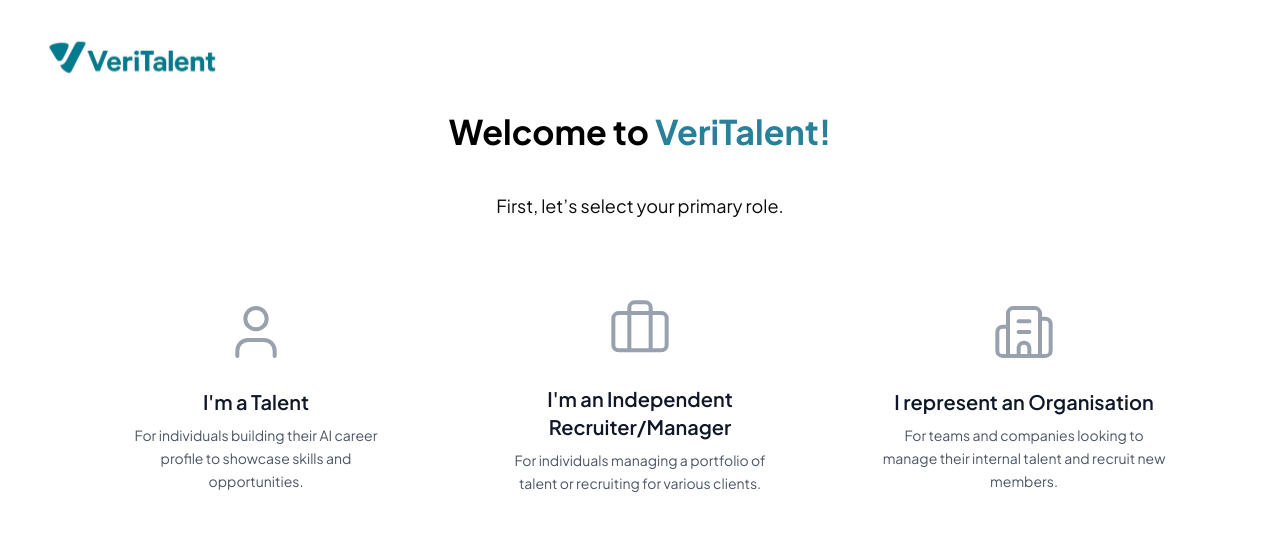
Repository: VeriTalent-Organization/VeriTalent
Page: /
These files come from the project's save history. The page is drawn as it stood at one moment and after a run of saves; the edit follows.
The browser window is 1280 px wide. The pictures show the whole page.
The project was rebuilt for these pictures with package versions that can differ from the ones it lists, and the page was loaded fresh each time. The framework's server and built-in components were replaced by stand-ins that run in the browser. Also part of the build but not shown: next.config.ts.

Above is the page before, as saved 2025-12-05 17:36:50.

### app/layout.tsx
import type { Metadata } from "next";
import { Plus_Jakarta_Sans } from "next/font/google";
import "./globals.css";


export const metadata: Metadata = {
  title: {
    default: "VeriTalent - AI-Powered Talent Screening & Verified Career Profiles",
    template: "%s | VeriTalent",
  },
  description:
    "VeriTalent helps employers hire faster, reduce bias, and select the right candidates with intelligent screening and AI-driven insights. Empower talents to showcase verified career profiles enriched with actionable growth intelligence.",
  keywords: "talent screening, AI hiring, reduce bias recruiting, verified profiles, career growth intelligence, employer tools",
  authors: [{ name: "VeriTalent" }],
  openGraph: {
    title: "VeriTalent - Intelligent Hiring & Talent Empowerment",
    description:
      "Hire faster with AI insights and empower talents with verified profiles.",
    type: "website",
    locale: "en_US",
    siteName: "VeriTalent",
  },
  twitter: {
    card: "summary_large_image",
    title: "VeriTalent",
    description:
      "AI-driven hiring and verified talent profiles for faster, fairer recruitment.",
  },
  robots: {
    index: true,
    follow: true,
  },
};

const plus_jarkata_sans = Plus_Jakarta_Sans(
  {
    weight:['200',"300","400","500","600","700","800"],
    style: "normal",
    subsets:["latin"]
  }
)

export default function RootLayout({
  children,
}: Readonly<{
  children: React.ReactNode;
}>) {
  return (
    <html lang="en">
      <head>
        {/* Essential for mobile responsiveness (SEO ranking factor) */}
        <meta name="viewport" content="width=device-width, initial-scale=1" />

        {/* Favicon (add your own files) */}
        <link rel="icon" href="/favicon.ico" />
        <link rel="apple-touch-icon" href="/apple-touch-icon.png" />

        {/* Optional: Canonical URL to avoid duplicates */}
        <link rel="canonical" href="https://www.veritalent.com" />
      </head>
      <body
        className={`${plus_jarkata_sans.className} antialiased`}
        suppressHydrationWarning // Optional: Suppresses warnings from font loading
      >
        {/* Optional accessibility enhancement: Skip link (improves keyboard navigation & indirect SEO) */}
        <a href="#main-content" className="sr-only focus:not-sr-only">
          Skip to main content
        </a>

        {children}

        {/* If you have a main content wrapper in pages, id="main-content" there */}
      </body>
    </html>
  );
}

### app/page.tsx
'use client'
import UserTypeCard from '@/components/reuseables/cards/user_type_card'
import MaxWidthContainer from '@/components/reuseables/max_width_container'
import { Text } from '@/components/reuseables/text'
import Icons from '@/lib/configs/icons.config'
import { Briefcase, Building2, User } from 'lucide-react'
import Image from 'next/image'
import React, { useState } from 'react'

const Home = () => {
  const [selectedType, setSelectedType] = useState<string | null>(null);
  return (
    <MaxWidthContainer large >
      <div className='flex items-center py-6'>
        <Image height={200} width={200} alt='veritalent logo' src={Icons.veritalentLogo}/>
      </div>
      <div className='flex items-center justify-center flex-col gap-12'>
        <Text as='h1' variant='Heading'>Welcome to <span className='text-brand-primary'>VeriTalent!</span></Text>
        <Text as='h3' variant='SubText'>First, let’s select your primary role.</Text>
        <div className="grid grid-cols-1 md:grid-cols-3 gap-8 max-w-6xl mx-auto px-4">
      <UserTypeCard
        icon={<User size={64} strokeWidth={1.5} />}
        title="I'm a Talent"
        description="For individuals building their AI career profile to showcase skills and opportunities."
        selected={selectedType === 'talent'}
        onClick={() => setSelectedType('talent')}
      />

      <UserTypeCard
        icon={<Briefcase size={64} strokeWidth={1.5} />}
        title="I'm an Independent Recruiter/Manager"
        description="For individuals managing a portfolio of talent or recruiting for various clients."
        selected={selectedType === 'recruiter'}
        onClick={() => setSelectedType('recruiter')}
      />

      <UserTypeCard
        icon={<Building2 size={64} strokeWidth={1.5} />}
        title="I represent an Organisation"
        description="For teams and companies looking to manage their internal talent and recruit new members."
        selected={selectedType === 'organization'}
        onClick={() => setSelectedType('organization')}
      />
    </div>
      </div>
    </MaxWidthContainer>
  )
}

export default Home

### app/globals.css
@import "tailwindcss";
@import "tw-animate-css";

@custom-variant dark (&:is(.dark *));

@theme {
  --color-brand-primary: #28809A;
  --color-gray-shade: #D9D9D9; /* Removed alpha; use /opacity modifiers instead */
  --color-green-shade: #DCFCE7;
  --color-ink-blue: #2563EB;
  --color-alert-red: #C22929;
  --color-shade-green: #0D9488;
  --color-sky-blue: #E6EDFF;
  --color-weird-orange: #EFBF04;
}

@theme inline {
  --color-background: var(--background);
  --color-foreground: var(--foreground);
  --font-sans: var(--font-geist-sans);
  --font-mono: var(--font-geist-mono);
  --color-sidebar-ring: var(--sidebar-ring);
  --color-sidebar-border: var(--sidebar-border);
  --color-sidebar-accent-foreground: var(--sidebar-accent-foreground);
  --color-sidebar-accent: var(--sidebar-accent);
  --color-sidebar-primary-foreground: var(--sidebar-primary-foreground);
  --color-sidebar-primary: var(--sidebar-primary);
  --color-sidebar-foreground: var(--sidebar-foreground);
  --color-sidebar: var(--sidebar);
  --color-chart-5: var(--chart-5);
  --color-chart-4: var(--chart-4);
  --color-chart-3: var(--chart-3);
  --color-chart-2: var(--chart-2);
  --color-chart-1: var(--chart-1);
  --color-ring: var(--ring);
  --color-input: var(--input);
  --color-border: var(--border);
  --color-destructive: var(--destructive);
  --color-accent-foreground: var(--accent-foreground);
  --color-accent: var(--accent);
  --color-muted-foreground: var(--muted-foreground);
  --color-muted: var(--muted);
  --color-secondary-foreground: var(--secondary-foreground);
  --color-secondary: var(--secondary);
  --color-primary-foreground: var(--primary-foreground);
  --color-primary: var(--primary);
  --color-popover-foreground: var(--popover-foreground);
  --color-popover: var(--popover);
  --color-card-foreground: var(--card-foreground);
  --color-card: var(--card);
  --radius-sm: calc(var(--radius) - 4px);
  --radius-md: calc(var(--radius) - 2px);
  --radius-lg: var(--radius);
  --radius-xl: calc(var(--radius) + 4px);
}

:root {
  --radius: 0.625rem;
  --background: oklch(1 0 0);
  --foreground: oklch(0.145 0 0);
  --card: oklch(1 0 0);
  --card-foreground: oklch(0.145 0 0);
  --popover: oklch(1 0 0);
  --popover-foreground: oklch(0.145 0 0);
  --primary: oklch(0.205 0 0);
  --primary-foreground: oklch(0.985 0 0);
  --secondary: oklch(0.97 0 0);
  --secondary-foreground: oklch(0.205 0 0);
  --muted: oklch(0.97 0 0);
  --muted-foreground: oklch(0.556 0 0);
  --accent: oklch(0.97 0 0);
  --accent-foreground: oklch(0.205 0 0);
  --destructive: oklch(0.577 0.245 27.325);
  --border: oklch(0.922 0 0);
  --input: oklch(0.922 0 0);
  --ring: oklch(0.708 0 0);
  --chart-1: oklch(0.646 0.222 41.116);
  --chart-2: oklch(0.6 0.118 184.704);
  --chart-3: oklch(0.398 0.07 227.392);
  --chart-4: oklch(0.828 0.189 84.429);
  --chart-5: oklch(0.769 0.188 70.08);
  --sidebar: oklch(0.985 0 0);
  --sidebar-foreground: oklch(0.145 0 0);
  --sidebar-primary: oklch(0.205 0 0);
  --sidebar-primary-foreground: oklch(0.985 0 0);
  --sidebar-accent: oklch(0.97 0 0);
  --sidebar-accent-foreground: oklch(0.205 0 0);
  --sidebar-border: oklch(0.922 0 0);
  --sidebar-ring: oklch(0.708 0 0);
}

.dark {
  --background: oklch(0.145 0 0);
  --foreground: oklch(0.985 0 0);
  --card: oklch(0.205 0 0);
  --card-foreground: oklch(0.985 0 0);
  --popover: oklch(0.205 0 0);
  --popover-foreground: oklch(0.985 0 0);
  --primary: oklch(0.922 0 0);
  --primary-foreground: oklch(0.205 0 0);
  --secondary: oklch(0.269 0 0);
  --secondary-foreground: oklch(0.985 0 0);
  --muted: oklch(0.269 0 0);
  --muted-foreground: oklch(0.708 0 0);
  --accent: oklch(0.269 0 0);
  --accent-foreground: oklch(0.985 0 0);
  --destructive: oklch(0.704 0.191 22.216);
  --border: oklch(1 0 0 / 10%);
  --input: oklch(1 0 0 / 15%);
  --ring: oklch(0.556 0 0);
  --chart-1: oklch(0.488 0.243 264.376);
  --chart-2: oklch(0.696 0.17 162.48);
  --chart-3: oklch(0.769 0.188 70.08);
  --chart-4: oklch(0.627 0.265 303.9);
  --chart-5: oklch(0.645 0.246 16.439);
  --sidebar: oklch(0.205 0 0);
  --sidebar-foreground: oklch(0.985 0 0);
  --sidebar-primary: oklch(0.488 0.243 264.376);
  --sidebar-primary-foreground: oklch(0.985 0 0);
  --sidebar-accent: oklch(0.269 0 0);
  --sidebar-accent-foreground: oklch(0.985 0 0);
  --sidebar-border: oklch(1 0 0 / 10%);
  --sidebar-ring: oklch(0.556 0 0);
}

@layer base {
  * {
    @apply border-border outline-ring/50;
  }
  body {
    @apply bg-background text-foreground;
  }
}

### components/reuseables/cards/user_type_card.tsx
// components/UserTypeCard.tsx
import React from 'react';
import { cn } from '@/lib/utils'; // Optional: if you have a cn utility (common with shadcn)

interface UserTypeCardProps {
  title: string;
  description: string;
  icon: React.ReactNode;
  selected?: boolean;
  onClick?: () => void;
  className?: string;
}

const UserTypeCard: React.FC<UserTypeCardProps> = ({
  title,
  description,
  icon,
  selected = false,
  onClick,
  className,
}) => {
  return (
    <div
      onClick={onClick}
      className={cn(
        'relative flex flex-col items-center justify-center p-8 bg-white rounded-2xl border-2 border-transparent cursor-pointer transition-all duration-300 hover:shadow-lg hover:-translate-y-1',
        selected &&
          'border-brand-primary ring-4 ring-primary/20 bg-primary/5', // Highlight when selected
        className
      )}
    >
      {/* Optional: small circle indicator in top-left (like your screenshot) */}
      {selected && (
        <div className="absolute top-3 left-3 w-6 h-6 bg-brand-primary rounded-full border-4 border-white" />
      )}

      {/* Icon with primary tint when selected */}
      <div
        className={cn(
          'mb-6 text-gray-400',
          selected && 'text-primary'
        )}
      >
        {icon}
      </div>

      <h3 className="text-xl font-semibold text-gray-900 text-center mb-2">
        {title}
      </h3>

      <p className="text-sm text-gray-600 text-center leading-relaxed">
        {description}
      </p>
    </div>
  );
};

export default UserTypeCard;

### components/reuseables/max_width_container.tsx
import React from 'react';
import { cn } from '@/lib/utils';


type MaxWidthContainerProps = {
  children: React.ReactNode;
  className?: string;
  /** Optional: control padding on small screens */
  paddingX?: 'px-4' | 'px-6' | 'px-8' | 'none';
  /** Optional: larger max-width for dashboards or full-width sections */
  large?: boolean;
};

const MaxWidthContainer: React.FC<MaxWidthContainerProps> = ({
  children,
  className,
  paddingX = 'px-4',
  large = false,
}) => {
  return (
    <div
      className={cn(
        'mx-auto w-full',
        paddingX === 'none' ? '' : `${paddingX} sm:${paddingX.replace('px-', 'px-')} md:px-8`,
        large ? 'max-w-7xl' : 'max-w-5xl', // 1280px or 1024px
        className
      )}
    >
      {children}
    </div>
  );
};

export default MaxWidthContainer;

### components/reuseables/text.tsx
import { TextConfigurations } from "@/lib/configs/text-configs";

type TextVariant = keyof typeof TextConfigurations;

interface TextProps {
  variant?: TextVariant;
  children: React.ReactNode;
  className?: string;
  color?: string;
  as?: "h1" | "h2" | "h3" | "h4" | "h5" | "h6" | "p" | "span" | "div";
  style?: React.CSSProperties;
}

// Reusable Text Component
export const Text: React.FC<TextProps> = ({
  variant = "RegularText",
  children,
  className = "",
  color,
  as: Component = "p",
  style = {},
}) => {
  const config = TextConfigurations[variant];

  // Determine the color to use
  const textColor =
    color || (config.color === "dynamic" ? undefined : config.color);

  // Build the style object
  const combinedStyle: React.CSSProperties = {
    fontSize: `${config.fontSize}px`,
    lineHeight: config.lineHeight,
    color: textColor,
    ...style,
  };

  // Combine class names
  const combinedClassName = `${config.fontWeight} ${className}`.trim();

  return (
    <Component style={combinedStyle} className={combinedClassName}>
      {children}
    </Component>
  );
};

### lib/configs/icons.config.ts
export class Icons {
  // Person & Profile Icons
  static famiconsPersonOutline = '/famicons_person-outline.svg';
  static ggProfile = '/gg_profile.svg';

  // File & Document Icons
  static file = '/file.svg';
  static ggFileDocument = '/gg_file-document.svg';

  // Social Media Icons
  static flatColorIconsGoogle = '/flat-color-icons_google.svg';
  static skillIconsLinkedin = '/skill-icons_linkedin.svg';

  // UI Icons
  static globe = '/globe.svg';
  static group = '/Group.png';
  static icRoundPostAdd = '/ic_round-post-add.svg';
  static veritalentLogo = '/veritalent.svg';

  // Message & Communication Icons
  static jamMessages = '/jam_messages.png';
  static jamMessagesAlt = '/jam_messages.svg';
  static jamWorld = '/jam_world.png';

  // Dashboard & Layout Icons
  static mageDashboard = '/mage_dashboard.svg';
  static logosMicrosoftIcon = '/logos_microsoft-icon.svg';

  // Upload & Cloud Icons
  static meteorIconsUploadCloud = '/meteor-icons_upload-cloud.svg';

  // Security Icons
  static solarLockPasswordLinear = '/solar_lock-password-linear.svg';
}

// Export for convenient access
export default Icons;

### lib/configs/text-configs.ts
export const TextConfigurations = {
    Heading: {
        fontSize: 34,
        fontWeight:'font-bold',
        lineHeight:'100%',
        color:'#000000'
    },
    SubHeadings:{
          fontSize: 22,
        fontWeight:'font-bold',
        lineHeight:'100%',
        color:'#000000'
    },
    SubText:{
        fontSize:18.05,
        fontWeight:'font-[400]',
        lineHeight:'100%',
        color:'#000000/70'
    },
    RegularText:{
        fontSize:20.45,
        fontWeight:'font-semibold',
        lineHeight: '100%',
        color:'dynamic'
    }
}

Loaded but not shown: lib/utils.ts (common file)

After the next 2 saves:
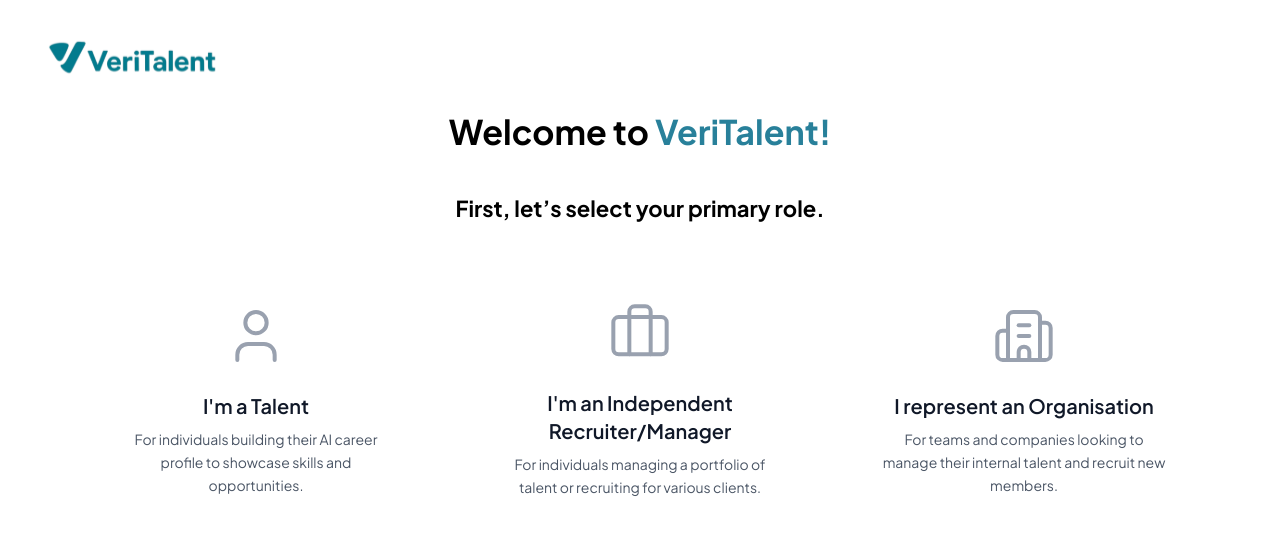
The 2 saves are shown as one change because 1 did not build or start.
The last was saved 19 s later.
--- a/app/page.tsx
+++ b/app/page.tsx
@@ -16,7 +16,7 @@
       </div>
       <div className='flex items-center justify-center flex-col gap-12'>
         <Text as='h1' variant='Heading'>Welcome to <span className='text-brand-primary'>VeriTalent!</span></Text>
-        <Text as='h3' variant='SubText'>First, let’s select your primary role.</Text>
+        <Text as='h3' variant='SubHeadings'>First, let’s select your primary role.</Text>
         <div className="grid grid-cols-1 md:grid-cols-3 gap-8 max-w-6xl mx-auto px-4">
       <UserTypeCard
         icon={<User size={64} strokeWidth={1.5} />}

After the save that followed:
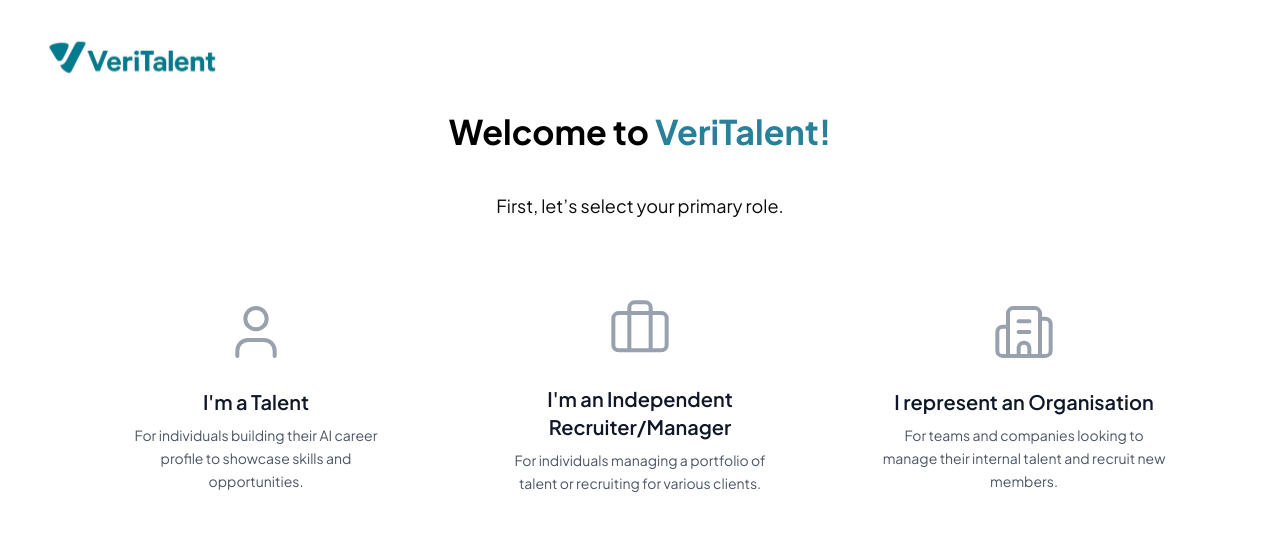
Saved 15 s later.
--- a/app/page.tsx
+++ b/app/page.tsx
@@ -16,7 +16,7 @@
       </div>
       <div className='flex items-center justify-center flex-col gap-12'>
         <Text as='h1' variant='Heading'>Welcome to <span className='text-brand-primary'>VeriTalent!</span></Text>
-        <Text as='h3' variant='SubHeadings'>First, let’s select your primary role.</Text>
+        <Text as='h3' variant='SubText'>First, let’s select your primary role.</Text>
         <div className="grid grid-cols-1 md:grid-cols-3 gap-8 max-w-6xl mx-auto px-4">
       <UserTypeCard
         icon={<User size={64} strokeWidth={1.5} />}
